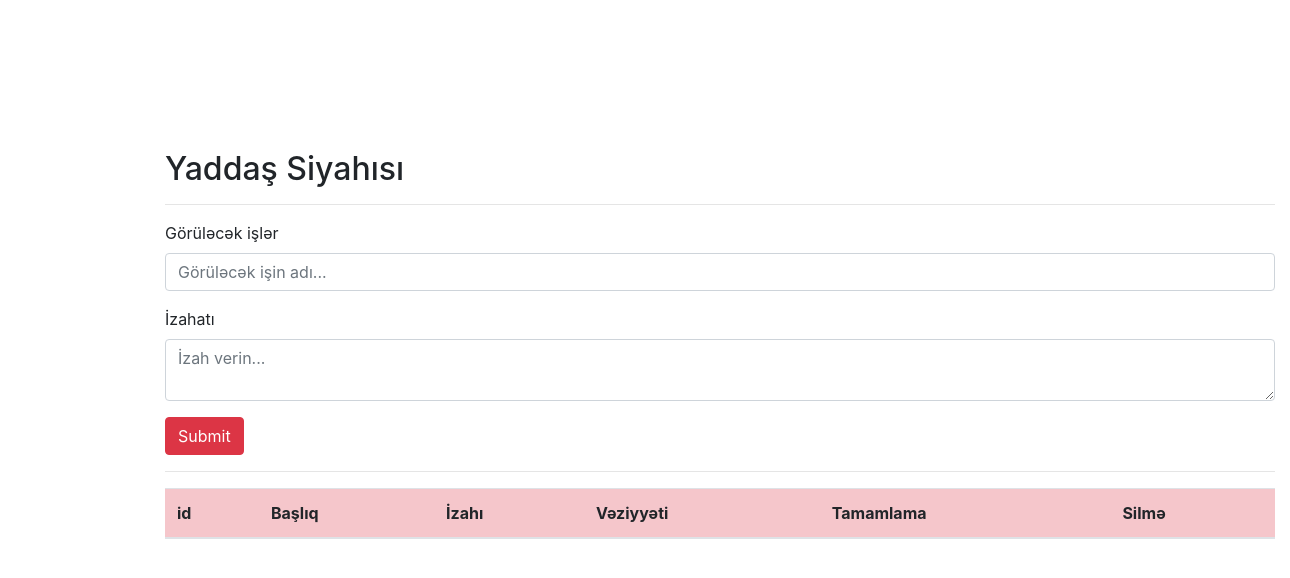
Repository: elvinyeka/ToDoApp
Page: http://localhost/
These files come from the project's save history. The page is drawn as it stood at one moment and after the next save; the edit follows.
The browser window is 1280 px wide. The page is 1290 px wide, so the pictures cover 1290 px, including what lies to the right of the window. The pictures show the whole page.
Some web libraries are served in a nearby version. The page is served by the project's application, run on Flask 3 (todo.py).

Above is the page before, as saved 2020-09-27 20:08:53.

### templates/index.html
<!DOCTYPE html>
<html lang="en">

<head>
    <meta charset="UTF-8">
    <meta name="viewport" content="width=device-width, initial-scale=1.0">
    <link rel="stylesheet" href="https://maxcdn.bootstrapcdn.com/bootstrap/4.0.0/css/bootstrap.min.css" integrity="sha384-Gn5384xqQ1aoWXA+058RXPxPg6fy4IWvTNh0E263XmFcJlSAwiGgFAW/dAiS6JXm" crossorigin="anonymous">
    <title>ToDoApp</title>
</head>

<body>
    <div style="margin: 150px;" class="container">
        <h2>Yaddaş Siyahısı</h2>
        <hr>
        <form action="/add" method="POST">
            <div class="form-group">
                <label for="todolist">Görüləcək işlər</label>
                <input type="text" name="title" class="form-control" id="todolist" placeholder="Görüləcək işin adı...">
            </div>
            <div class="form-group">
                <label for="explanation">İzahatı</label>
                <textarea type="text" name="content" class="form-control" id="explanation" placeholder="İzah verin..."></textarea>
            </div>

            <button type="submit" class="btn btn-danger">Submit</button>
        </form>
        <hr>

        <table class="table table-hover">
            <thead class="table-danger">
                <tr>
                    <th scope="col">id</th>
                    <th scope="col">Başlıq</th>
                    <th scope="col">İzahı</th>
                    <th scope="col">Vəziyyəti</th>
                    <th scope="col">Tamamlama</th>
                    <th scope="col">Silmə</th>
                </tr>
            </thead>
            <tbody>
                <tr>

                </tr>
            </tbody>


        </table>
    </div>


    <script src="https://code.jquery.com/jquery-3.2.1.slim.min.js" integrity="sha384-KJ3o2DKtIkvYIK3UENzmM7KCkRr/rE9/Qpg6aAZGJwFDMVNA/GpGFF93hXpG5KkN" crossorigin="anonymous"></script>
    <script src="https://cdnjs.cloudflare.com/ajax/libs/popper.js/1.12.9/umd/popper.min.js" integrity="sha384-ApNbgh9B+Y1QKtv3Rn7W3mgPxhU9K/ScQsAP7hUibX39j7fakFPskvXusvfa0b4Q" crossorigin="anonymous"></script>
    <script src="https://maxcdn.bootstrapcdn.com/bootstrap/4.0.0/js/bootstrap.min.js" integrity="sha384-JZR6Spejh4U02d8jOt6vLEHfe/JQGiRRSQQxSfFWpi1MquVdAyjUar5+76PVCmYl" crossorigin="anonymous"></script>
</body>

</html>

### todo.py
from flask import Flask,render_template
from flask_sqlalchemy import SQLAlchemy

app = Flask(__name__)
app.config['SQLALCHEMY_DATABASE_URI'] = 'sqlite:////Users/Elvin/Desktop/ToDoApp/todo.db'
db = SQLAlchemy(app)

@app.route("/")
def index():
    return render_template("index.html")

class Todo(db.Model):

    id = db.Column(db.Integer,primary_key=True)
    title = db.Column(db.String(80))
    content = db.Column(db.Text)
    complete = db.Column(db.Boolean)


if __name__ == "__main__":
    app.run(debug=True)

After the next save:
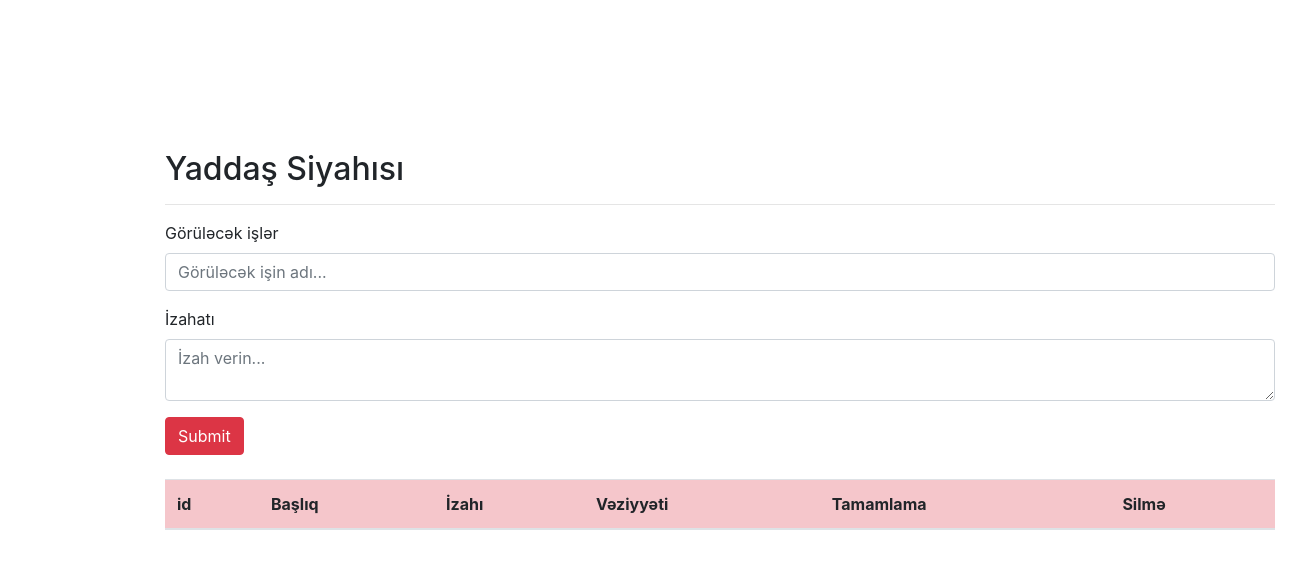
Saved 21 s later.
--- a/templates/index.html
+++ b/templates/index.html
@@ -24,7 +24,7 @@
 
             <button type="submit" class="btn btn-danger">Submit</button>
         </form>
-        <hr>
+        <br>
 
         <table class="table table-hover">
             <thead class="table-danger">
